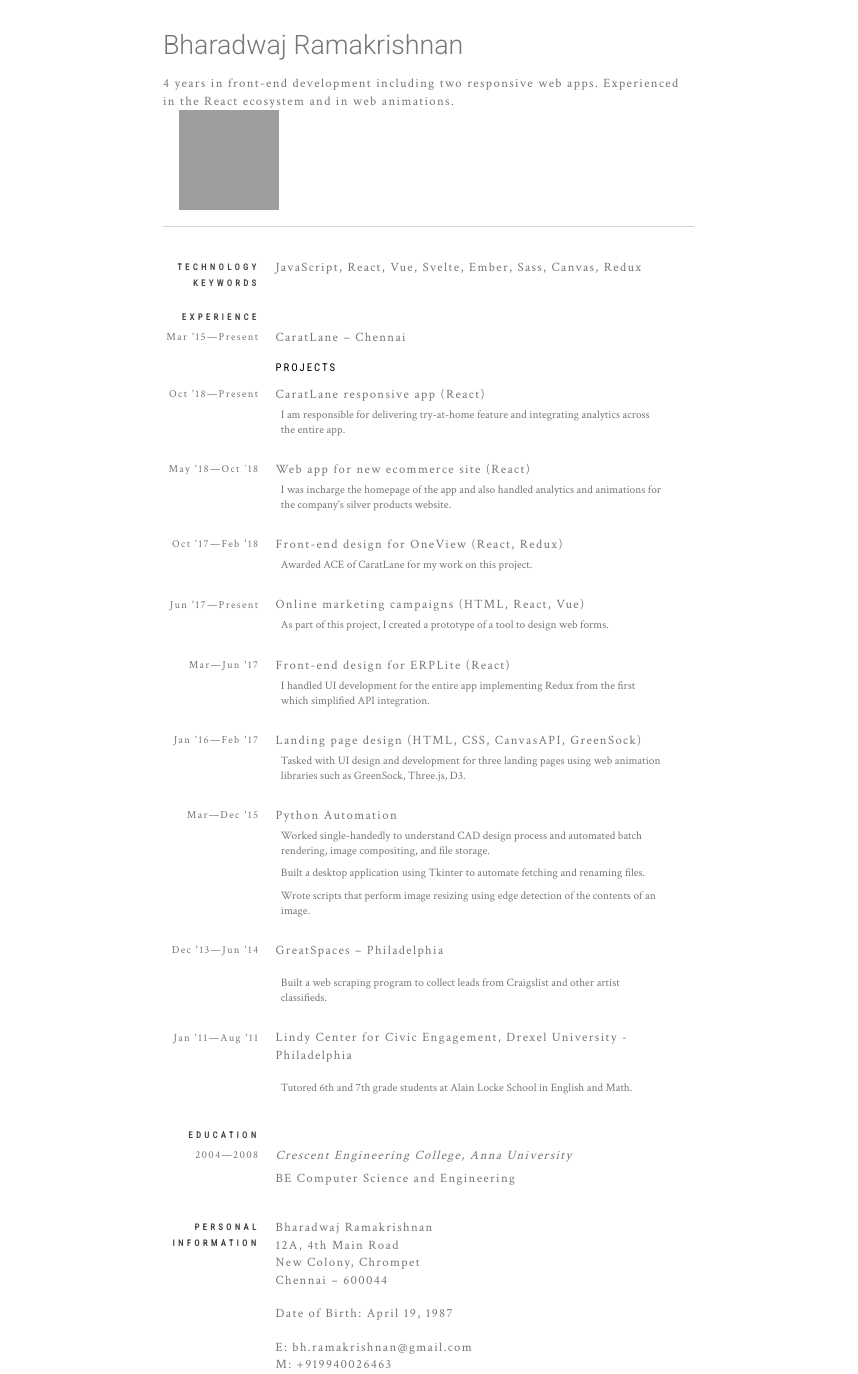
Repository: nosplashurinal/resume
Page: index.html
An editor plug-in stored every save of this project. The page is shown before and after the next save, followed by the edit.
The browser window is 1280 px wide. The pictures show the whole page, at 67% of full size.
Pictures or frames that could not be fetched are drawn as grey boxes.

Above is the page before, as saved 2019-01-02 11:11:28.

After the next save:
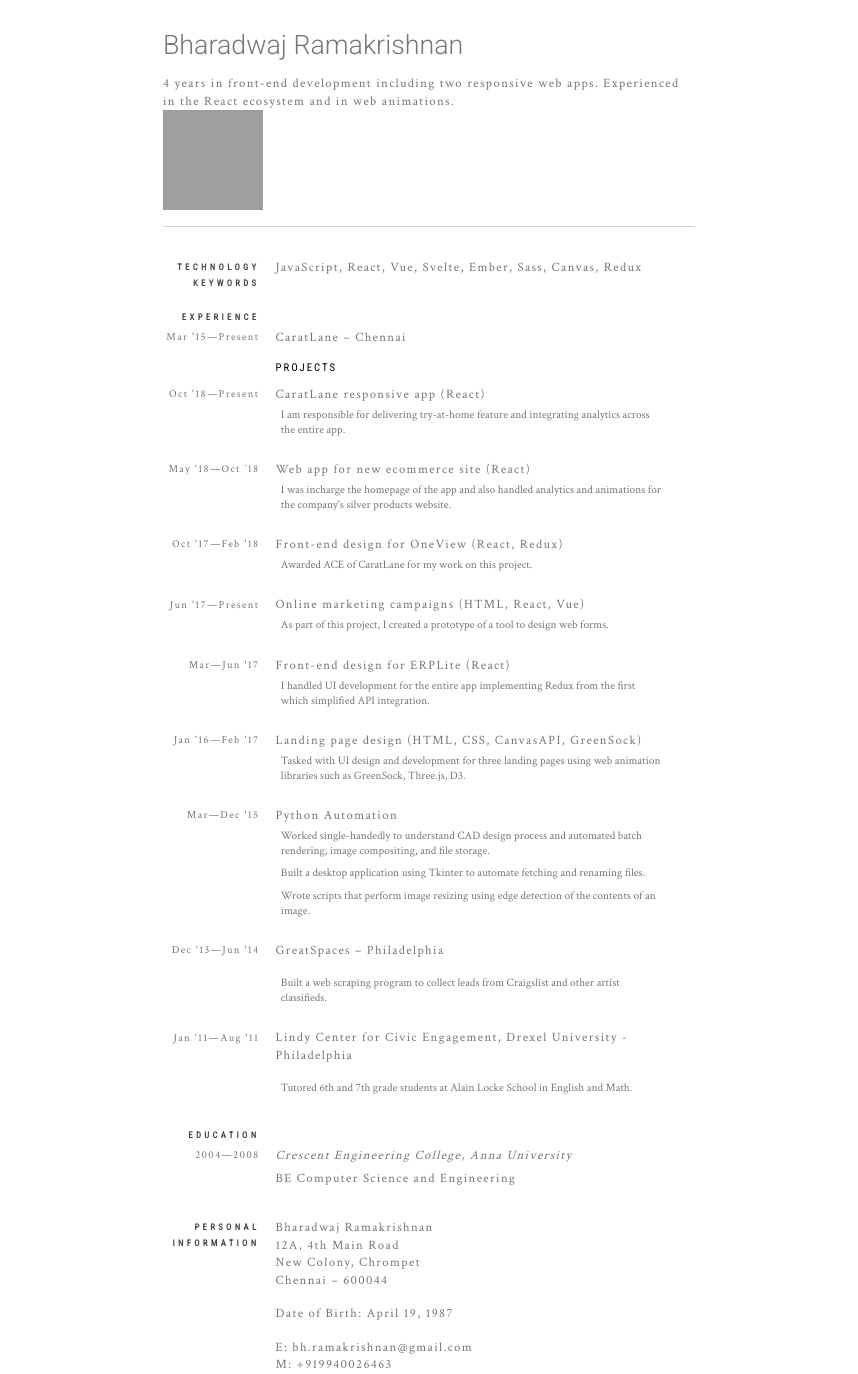
Saved 20 min 46 s later.
--- a/dist/style.css
+++ b/dist/style.css
@@ -51,7 +51,6 @@ h1, h3, h4 {
 .header .headshot {
 	width: 150px;
 	height: 150px;
-	padding-left: 0.25in;
 }
 .body-block {
 	padding: 0 0.5in 0 1.75in;
